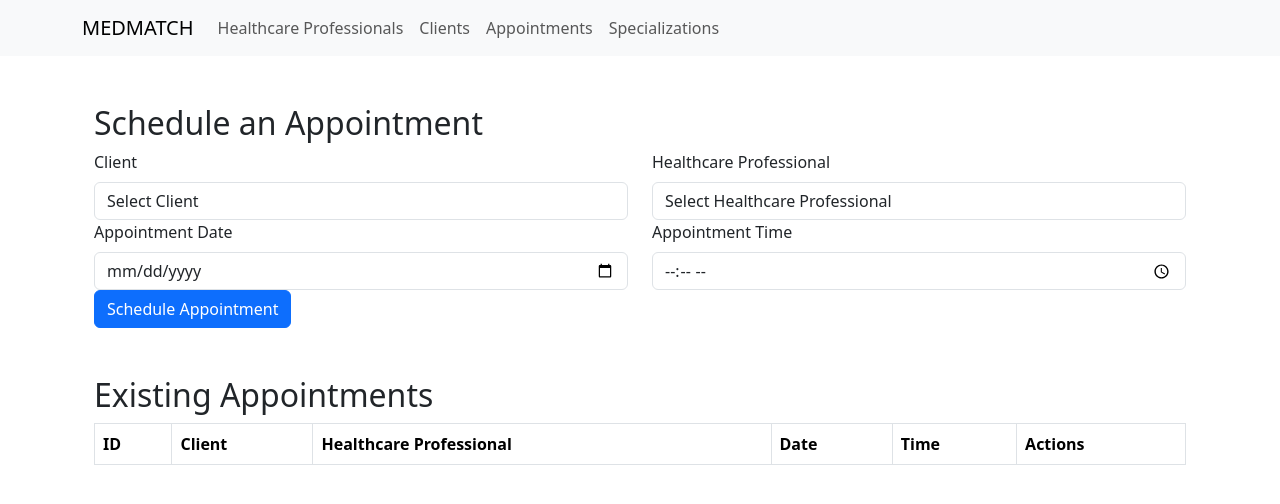
Repository: fahma20/medmatch-platform
Page: /appointments (app in client/)
An editor plug-in stored every save of this project. The page is shown before and after the next save, followed by the edit.
The browser window is 1280 px wide. The pictures show the whole page.
The page's requests for data from a server got no answer. The project was rebuilt for these pictures with package versions that can differ from the ones it lists, and the page was loaded fresh each time. No one was signed in, and anything a server would have sent is missing. Also part of the build but not shown: client/src/components/Healthcareprofessionals.js, client/src/components/Specializations.js, client/src/components/Clients.js, client/src/components/Homepage.js.

Above is the page before, as saved 2025-02-01 16:34:15.

After the next save:
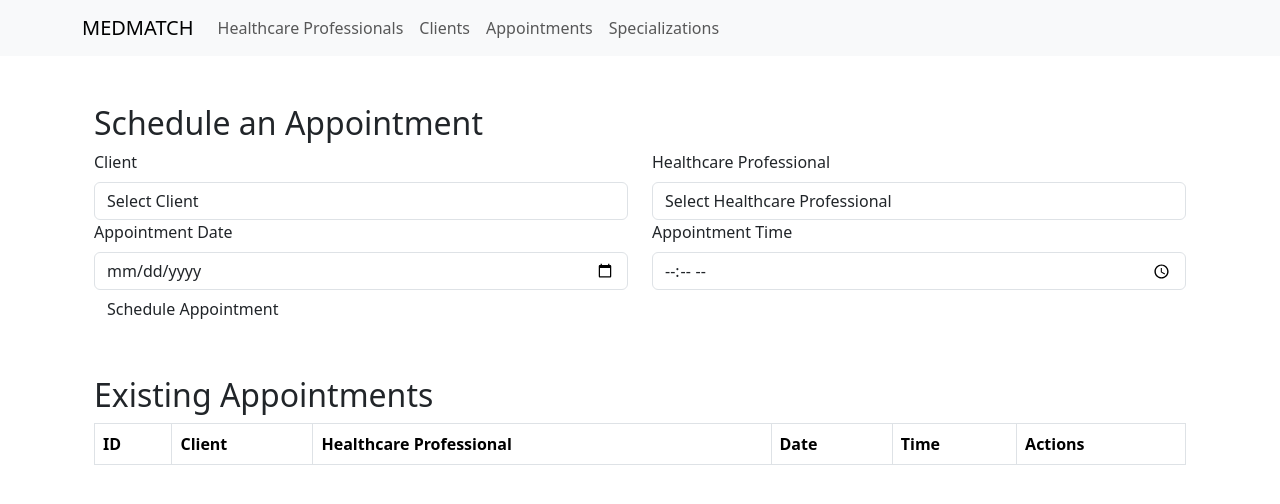
Saved 23 s later.
--- a/client/src/components/Appointments.js
+++ b/client/src/components/Appointments.js
@@ -349,7 +349,7 @@ const Appointments = () => {
           </Col>
         </Row>
 
-        <Button variant="primary" type="submit">Schedule Appointment</Button>
+        <Button variant="" type="submit">Schedule Appointment</Button>
       </Form>
 
       <h2 className="mt-5">Existing Appointments</h2>
